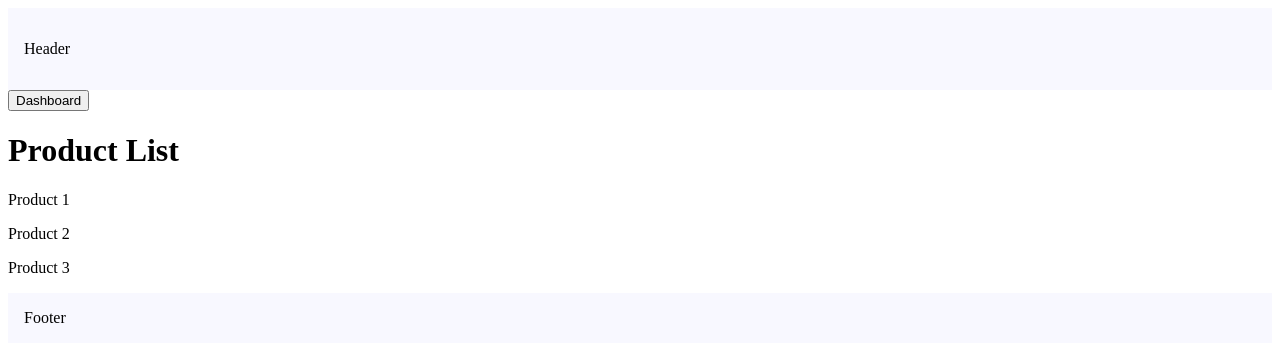
Repository: Mbote-Joseph/Nextjs-Learning
Page: /products
These files come from the project's save history. The page is drawn as it stood at one moment and after the next save; the edit follows.
The browser window is 1280 px wide. The pictures show the whole page.
The project was rebuilt for these pictures with package versions that can differ from the ones it lists, and the page was loaded fresh each time. The framework's server and built-in components were replaced by stand-ins that run in the browser. Also part of the build but not shown: next.config.mjs.

Above is the page before, as saved 2024-09-17 17:43:37.

### src/app/layout.tsx
import { Metadata } from "next"

export const metadata: Metadata = {
  title: {
    absolute: "",
    default: "Next.js Tutorial - CodeVolution",
    template: "%s | Learning Next",
  },
  description: 'Generated by Next.js',
}

export default function RootLayout({
  children,
}: {
  children: React.ReactNode
}) {
  return (
    <html lang="en">
      <body>
        <header style={{
          backgroundColor: "ghostwhite",
          padding: "1rem",
        }}>
          <p>Header</p>
        </header>
        {children}

        <footer style={{
          backgroundColor: "ghostwhite",
          padding: "1rem",
        }}>
          Footer
        </footer>
        </body>
    </html>
  )
}

### src/app/products/page.tsx
'use client'
import { useRouter } from "next/navigation"

export default function ProductList(){
    const router = useRouter();

    return (
        <>
        <button type='button' onClick={()=>router.push('/dashboard')}>Dashboard</button>
        <h1>Product List</h1>
        <p>Product 1</p>
        <p>Product 2</p>
        <p>Product 3</p>
        </>
    )
}

### src/app/header.tsx
import Link from 'next/link'
export default function Header() {
    return (
        <header className="header" style={{
            backgroundColor: "ghostwhite",
            padding: "1rem",
        }}>
            <Link href="/about">About</Link>
            <Link href="/blog">Blog</Link>

        </header>
    )
}

After the next save:
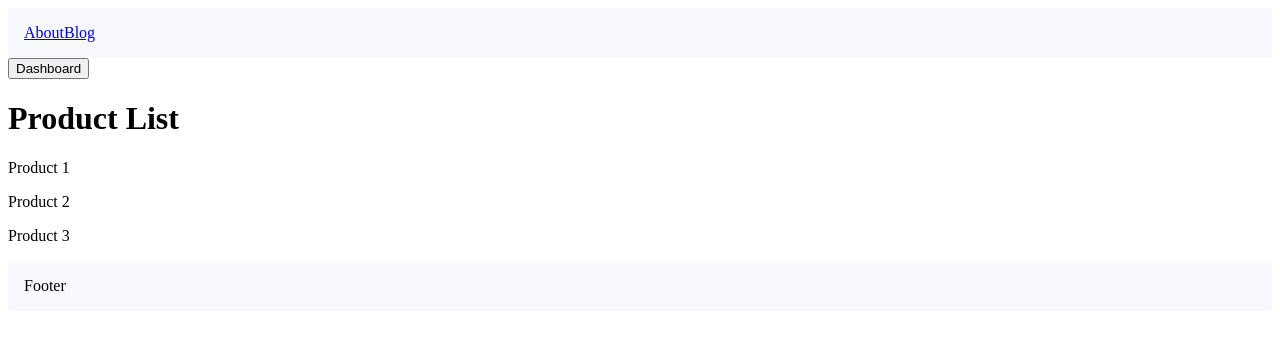
Saved 51 s later.
--- a/src/app/layout.tsx
+++ b/src/app/layout.tsx
@@ -1,4 +1,5 @@
 import { Metadata } from "next"
+import Header from "./header"
 
 export const metadata: Metadata = {
   title: {
@@ -17,12 +18,8 @@ export default function RootLayout({
   return (
     <html lang="en">
       <body>
-        <header style={{
-          backgroundColor: "ghostwhite",
-          padding: "1rem",
-        }}>
-          <p>Header</p>
-        </header>
+
+        <Header />
         {children}
 
         <footer style={{
